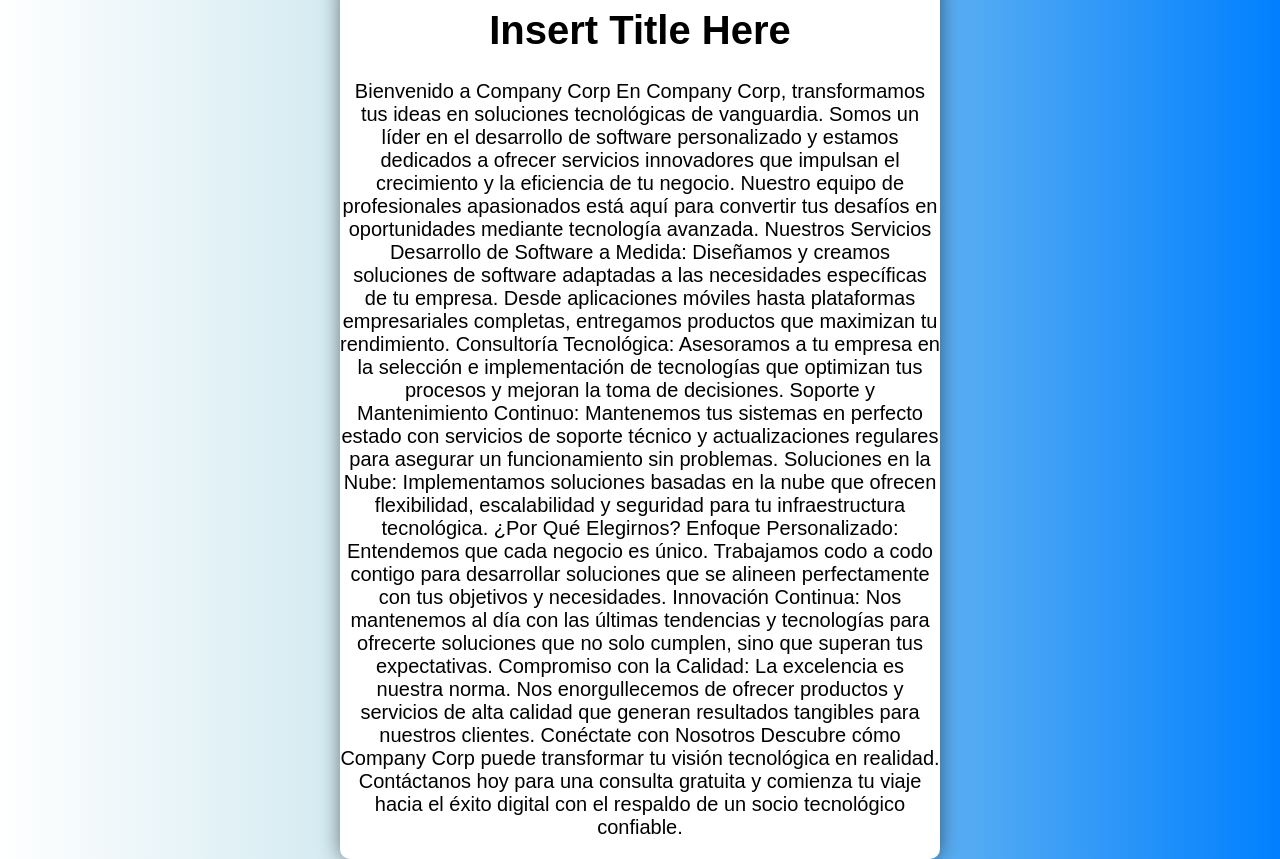
Repository: ANGELEDU141/TAREAWEBEWJASJDASJ
Page: http://localhost/JAVAWEBTAREA/WEB-INF/views/definicion.jsp
These files come from the project's save history. The page is drawn as it stood at one moment and after the next save; the edit follows.
The browser window is 1280 px wide. The pictures show the whole page.
The page is served by Tomcat 9. Nobody is signed in. Other server files are loaded and not shown. The template is opened directly, without the code that normally fills it, so the values that code supplies are empty.

Above is the page before, as saved 2024-09-01 10:43:34.

### JAVAWEBTAREA/src/main/webapp/WEB-INF/views/definicion.jsp
<%@ page language="java" contentType="text/html; charset=UTF-8"
    pageEncoding="UTF-8"%>
<!DOCTYPE html>
<html>
<head>
<meta charset="UTF-8">
<title>COMPANY CORP</title>
<link rel="icon" href="https://static.vecteezy.com/system/resources/previews/008/214/517/non_2x/abstract-geometric-logo-or-infinity-line-logo-for-your-company-free-vector.jpg">
</head>
<style>

        body {
        margin: 0;
        padding: 60px;
        height: 100vh;
        display: flex;
        align-items:center;
         flex-direction: column;
        justify-content: center; /* Centra horizontalmente */
        align-items: center; /* Centra verticalmente */
        font-family: Arial, sans-serif;
		background: linear-gradient(to right, rgb(255, 255, 255), rgb(173, 216, 230), rgb(0, 128, 255));

    }
    .container {

        max-width: 600px;

        background-color: white;
        box-shadow: 0px 0px 20px rgba(0, 0, 0, 0.5);
        text-align: center;
        border-radius: 10px;
        font-size: 20px;

    }
</style>
</head>
<body>
    <div class="container">
        <h1>Insert Title Here</h1>
        <p>Bienvenido a Company Corp

En Company Corp, transformamos tus ideas en soluciones tecnológicas de vanguardia. Somos un líder en el desarrollo de software personalizado y estamos dedicados a ofrecer servicios innovadores que impulsan el crecimiento y la eficiencia de tu negocio. Nuestro equipo de profesionales apasionados está aquí para convertir tus desafíos en oportunidades mediante tecnología avanzada.

Nuestros Servicios



Desarrollo de Software a Medida: Diseñamos y creamos soluciones de software adaptadas a las necesidades específicas de tu empresa. Desde aplicaciones móviles hasta plataformas empresariales completas, entregamos productos que maximizan tu rendimiento.

Consultoría Tecnológica: Asesoramos a tu empresa en la selección e implementación de tecnologías que optimizan tus procesos y mejoran la toma de decisiones.

Soporte y Mantenimiento Continuo: Mantenemos tus sistemas en perfecto estado con servicios de soporte técnico y actualizaciones regulares para asegurar un funcionamiento sin problemas.

Soluciones en la Nube: Implementamos soluciones basadas en la nube que ofrecen flexibilidad, escalabilidad y seguridad para tu infraestructura tecnológica.

¿Por Qué Elegirnos?

Enfoque Personalizado: Entendemos que cada negocio es único. Trabajamos codo a codo contigo para desarrollar soluciones que se alineen perfectamente con tus objetivos y necesidades.

Innovación Continua: Nos mantenemos al día con las últimas tendencias y tecnologías para ofrecerte soluciones que no solo cumplen, sino que superan tus expectativas.

Compromiso con la Calidad: La excelencia es nuestra norma. Nos enorgullecemos de ofrecer productos y servicios de alta calidad que generan resultados tangibles para nuestros clientes.

Conéctate con Nosotros

Descubre cómo Company Corp puede transformar tu visión tecnológica en realidad. Contáctanos hoy para una consulta gratuita y comienza tu viaje hacia el éxito digital con el respaldo de un socio tecnológico confiable.

</p>
    </div>
</body>

After the next save:
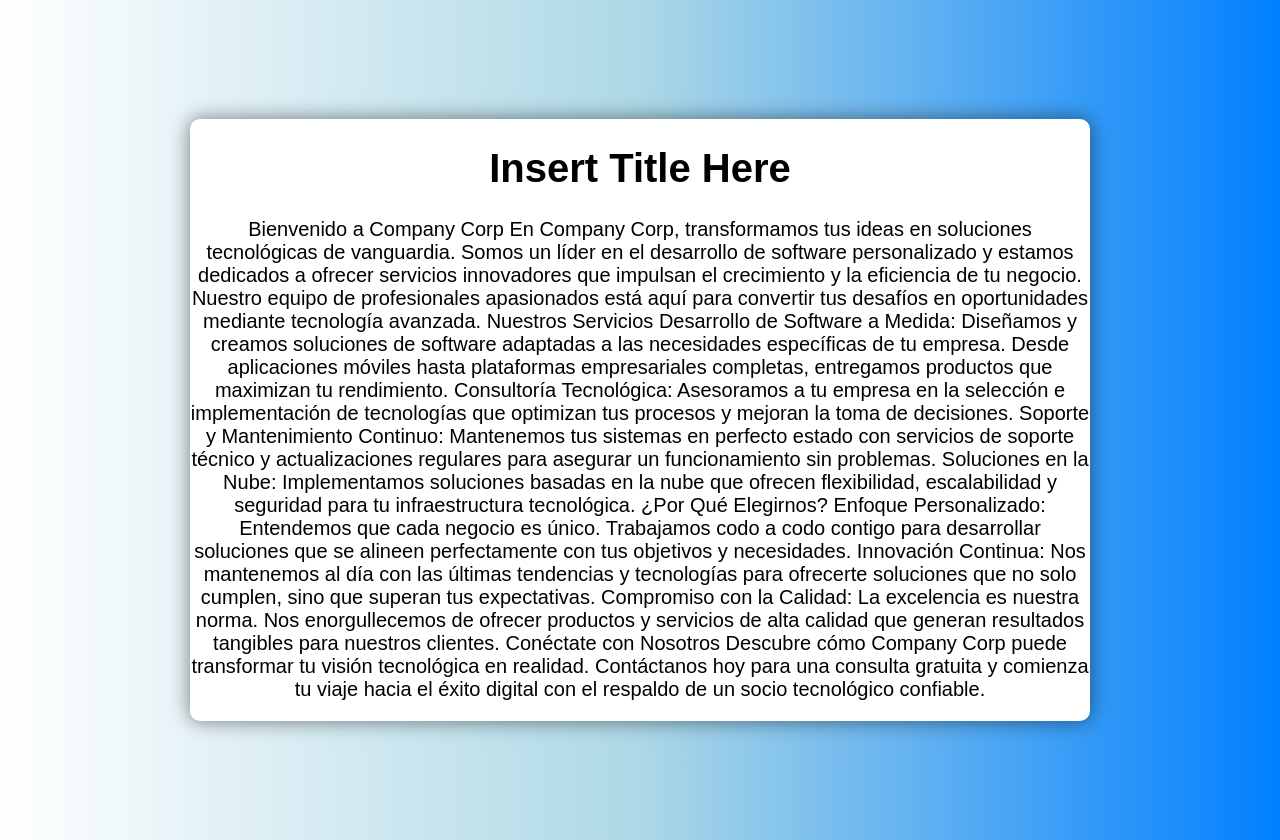
Saved 34 s later.
--- a/JAVAWEBTAREA/src/main/webapp/WEB-INF/views/definicion.jsp
+++ b/JAVAWEBTAREA/src/main/webapp/WEB-INF/views/definicion.jsp
@@ -24,7 +24,7 @@
     }
     .container {
 
-        max-width: 600px;
+        max-width: 900px;
 
         background-color: white;
         box-shadow: 0px 0px 20px rgba(0, 0, 0, 0.5);
@@ -43,7 +43,6 @@
 En Company Corp, transformamos tus ideas en soluciones tecnológicas de vanguardia. Somos un líder en el desarrollo de software personalizado y estamos dedicados a ofrecer servicios innovadores que impulsan el crecimiento y la eficiencia de tu negocio. Nuestro equipo de profesionales apasionados está aquí para convertir tus desafíos en oportunidades mediante tecnología avanzada.
 
 Nuestros Servicios
-
 
 
 Desarrollo de Software a Medida: Diseñamos y creamos soluciones de software adaptadas a las necesidades específicas de tu empresa. Desde aplicaciones móviles hasta plataformas empresariales completas, entregamos productos que maximizan tu rendimiento.
